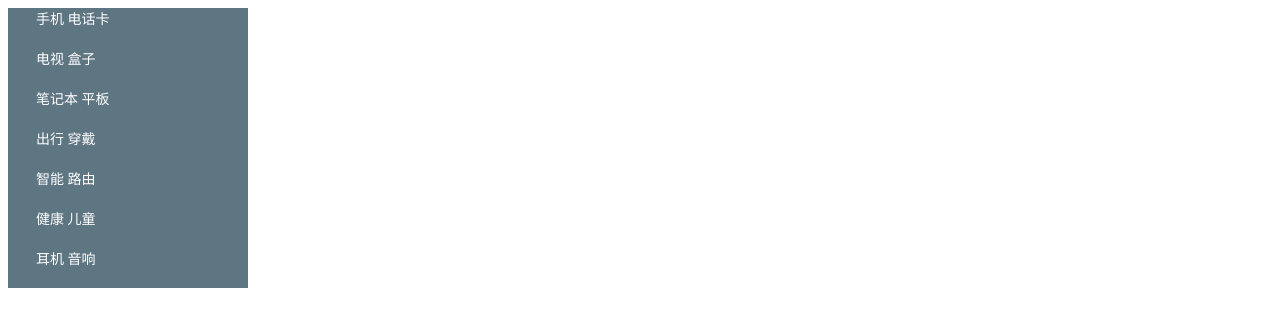
Repository: TheBestBadGuy0228/code
Page: 侧边栏案例.html
The author's editor kept a copy of each file at every save. The page is drawn from the files as they stood at one save, then again after the next save.
The browser window is 1280 px wide. The pictures show the whole page.

Above is the page before, as saved 2021-11-15 16:47:44.

### 侧边栏案例.html
<!-- /*
* @Author: Xiao
* @Date: 2021-11-15 16:30:27
* @Last Modified by: Xiao
* @Last Modified time: 2021-11-15 16:33:07
*/ -->
<!DOCTYPE html>
<html lang="zh_CN">
<head>
    <meta charset="UTF-8">
    <meta http-equiv="X-UA-Compatible" content="IE=edge">
    <meta name="viewport" content="width=device-width, initial-scale=1.0">
    <title>侧边栏案例</title>
    <style>
        a {
            text-decoration: none;
            width: 240px;
            height: 40px;
            display: block;
            color: #fff;
            background: rgb(94, 117, 130);
            text-indent: 2em;
            font-size: 14px;
        }

        a:hover {
            background-color: rgb(255, 90, 30);
        }
    </style>
</head>
<body>
    <a href="#">手机 电话卡 </a>
    <a href="#">电视 盒子 </a>
    <a href="#">笔记本 平板 </a>
    <a href="#">出行 穿戴</a>
    <a href="#">智能 路由</a>
    <a href="#">健康 儿童</a>
    <a href="#">耳机 音响</a>
</body>
</html>

After the next save:
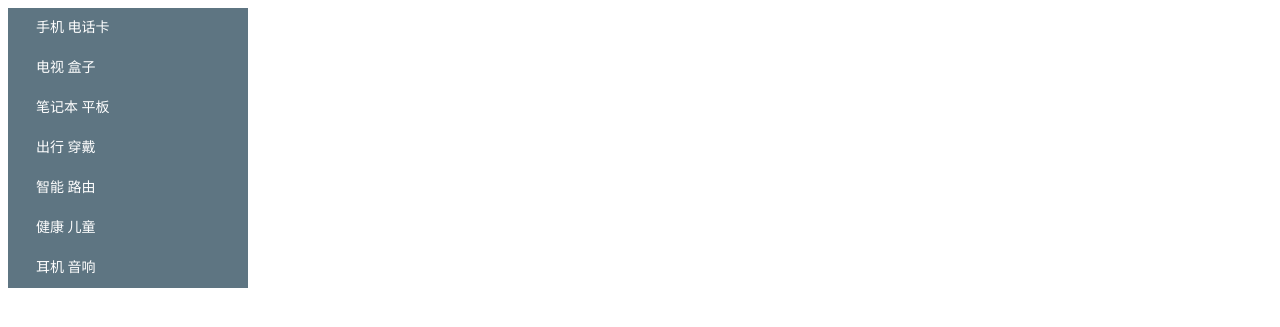
Saved 16 h 45 min later.
--- a/侧边栏案例.html
+++ b/侧边栏案例.html
@@ -21,6 +21,7 @@
             background: rgb(94, 117, 130);
             text-indent: 2em;
             font-size: 14px;
+            line-height: 40px;
         }
 
         a:hover {
